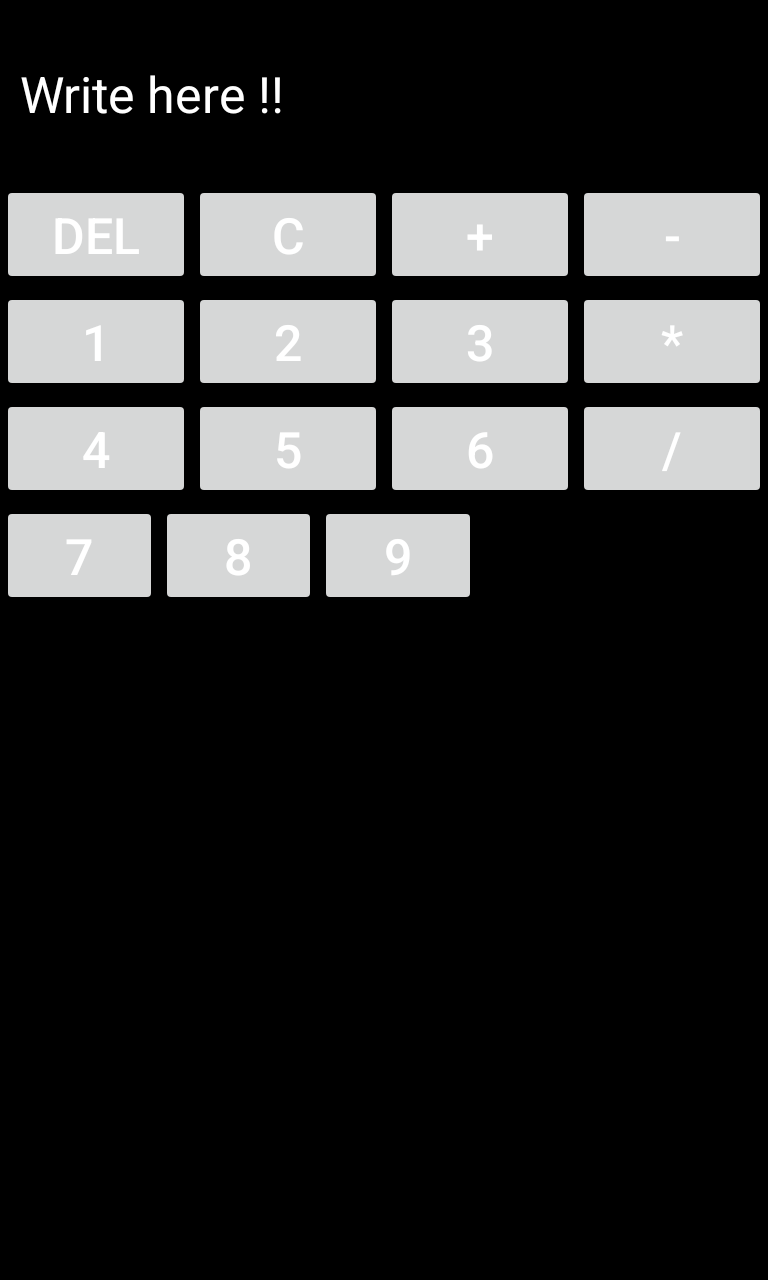
Repository: salihklc/Basic-Android
Layout: complexCalculator/res/layout/activity_main.xml
The author's editor kept a copy of each file at every save. The layout is drawn from the files as they stood at one save, then again after the next save.
It is drawn on a 768 x 1280 px phone screen (xhdpi) without system bars, with theme AppTheme; the app's code is not run.

Above is the layout before, as saved 2014-10-10 13:39:09.

After the next save:
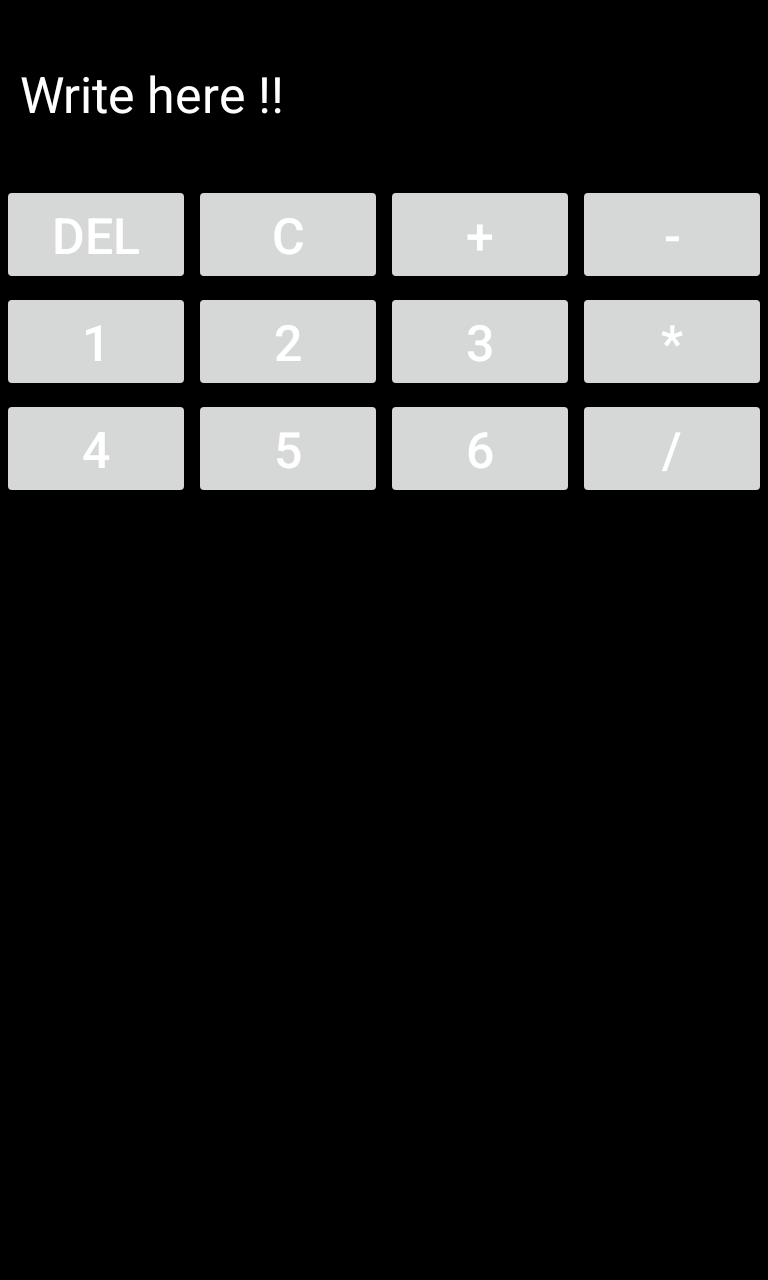
Saved 80 s later.
--- a/complexCalculator/res/layout/activity_main.xml
+++ b/complexCalculator/res/layout/activity_main.xml
@@ -149,7 +149,7 @@
 	    >
 
 		<LinearLayout
-		    android:layout_width="237dp"
+		    android:layout_weight="25"
 		    android:layout_height="fill_parent"
 		    android:lay=""
 		    android:orientatin="horizontal" >
